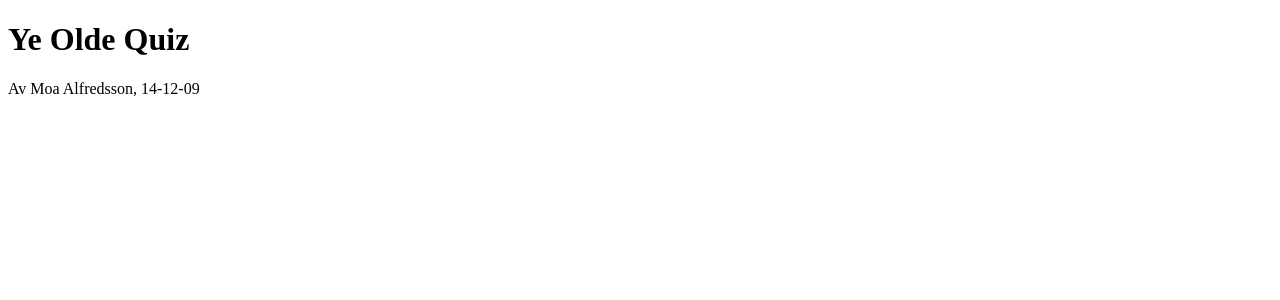
Repository: ma223md/1dv404_lab4_ma223md
Page: index.html
The author's editor kept a record of every edit. The page is drawn from the files as they stood at one moment, then again after the next edit.
The browser window is 1280 px wide. The pictures show the whole page.

Above is the page before.
Not found: css/quizstyle.css

### index.html
<!DOCTYPE html>
<html>
    <head>
        <meta charset="UTF-8" />
        <link rel="stylesheet" href="css/quizstyle.css" />
        <script src="js/calendar.js"></script>
        <script src="js/contest.js"></script>
        <script src="js/contestmanager.js"></script>
        <title>Laboration 4 - Testning</title>
    </head>

    <body>
        <div id="container">
            <header>
                <h1>Ye Olde Quiz</h1>
            </header>
            <main>
                <div id="quizarea">
                </div>
            </main>
            <footer>
                <p>Av Moa Alfredsson, 14-12-09</p>
            </footer>
        </div>
    </body>
</html>

Loaded but not shown: js/contest.js (no copy from this time; the picture is the same without it); js/calendar.js (no copy from this time; the picture is the same without it); js/contestmanager.js (no copy from this time; the picture is the same without it)

After the next edit:
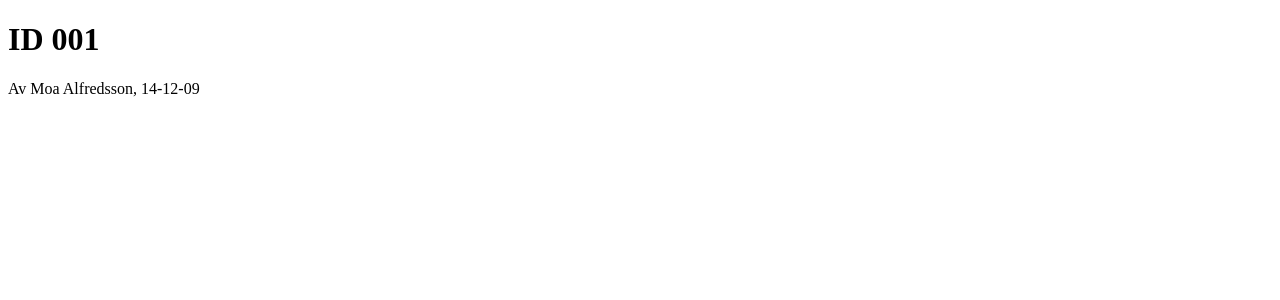
The edit:
--- a/index.html
+++ b/index.html
@@ -12,7 +12,7 @@
     <body>
         <div id="container">
             <header>
-                <h1>Ye Olde Quiz</h1>
+                <h1>ID 001</h1>
             </header>
             <main>
                 <div id="quizarea">
